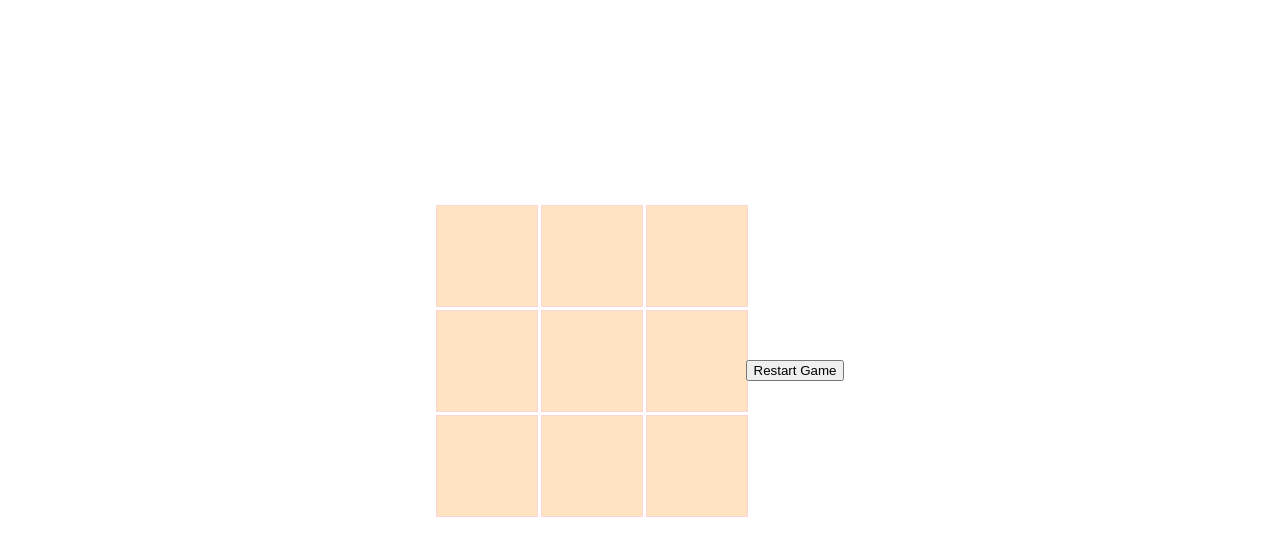
Repository: Suonii/Mo
Page: index.html
The author's editor kept a copy of each file at every save. The page is drawn from the files as they stood at one save, then again after the next save.
The browser window is 1280 px wide. The pictures show the whole page.

Above is the page before, as saved 2024-07-27 16:09:05.

### index.html
<!DOCTYPE html>
<html lang="en">

<Head>
    <meta charset="UTF-8">
    <meta name="viewport" content="width=device-width, initial-scale=1.0">
    <title>Tic-Tac-Toe</title>
    <link rel="stylesheet" href="style.css">
</Head>
<body>
    <div id="game-board">
        <div class="cell" data-index="0"></div>
        <div class="cell" data-index="1"></div>
        <div class="cell" data-index="2"></div>
        <div class="cell" data-index="3"></div>
        <div class="cell" data-index="4"></div>
        <div class="cell" data-index="5"></div>
        <div class="cell" data-index="6"></div>
        <div class="cell" data-index="7"></div>
        <div class="cell" data-index="8"></div>
    </div>
    <button id="restart-btn">Restart Game</button>
    <script src="script.js"></script>
</body>
</html>

### style.css
body {
    display: flex;
    justify-content: center;
    align-items: center;
    height:100vh;
    margin:0;
    font-family: Arial, Helvetica, sans-serif;
}

#game-board {
    display: grid;
    grid-template-columns: repeat(3, 100px);
    grid-template-rows: repeat(3, 100px);
    gap: 5px;
}

.cell {
    width: 100px;
    height:100px;
    background-color:bisque;
    display: flex;
    align-items: center;
    justify-content: center;
    font-size: 2em;
    cursor: pointer;
    border: 1px solid #fbd5d5;
}

.cell:hover {
    background-color:blanchedalmond;
}

#restart-btn {
    margin-top:20px;
}

### script.js
const cells = document.querySelectorAll('.cell');
const restartBtn = document.getElementById('restart-btn');
let currentPlayer = 'X';
let board = ['', '', '', '', '', '', '', '', ''];
let isGameActive = true;

function checkWinner() {
    const winPatterns = [
        [0, 1, 2],
        [3, 4, 5],
        [6, 7, 8],
        [0, 3, 6],
        [1, 4, 7],
        [2, 5, 8],
        [0, 4, 8],
        [2, 4, 6]
    ];

    for (const [a, b, c] of winPatterns) {
        if (board[a] && board[a] === board[b] && board[a] === board[c]) {
            return board[a];
        }
    }
    return board.includes('') ? null : 'T'; // T for Tie
}

function handleClick(e) {
    const index = e.target.getAttribute('data-index');
    if (board[index] || !isGameActive) return;

    board[index] = currentPlayer;
    e.target.textContent = currentPlayer;

    const winner = checkWinner();
    if (winner) {
        isGameActive = false;
        setTimeout(() => {
            if (winner === 'T') {
                alert("It's a tie!");
            } else {
                alert(`${winner} wins!`);
            }
        }, 100);
    } else {
        currentPlayer = currentPlayer === 'X' ? 'O' : 'X';
    }
}

function restartGame() {
    board = ['', '', '', '', '', '', '', '', ''];
    isGameActive = true;
    currentPlayer = 'X';
    cells.forEach(cell => cell.textContent = '');
}

cells.forEach(cell => cell.addEventListener('click', handleClick));
restartBtn.addEventListener('click', restartGame);

After the next save:
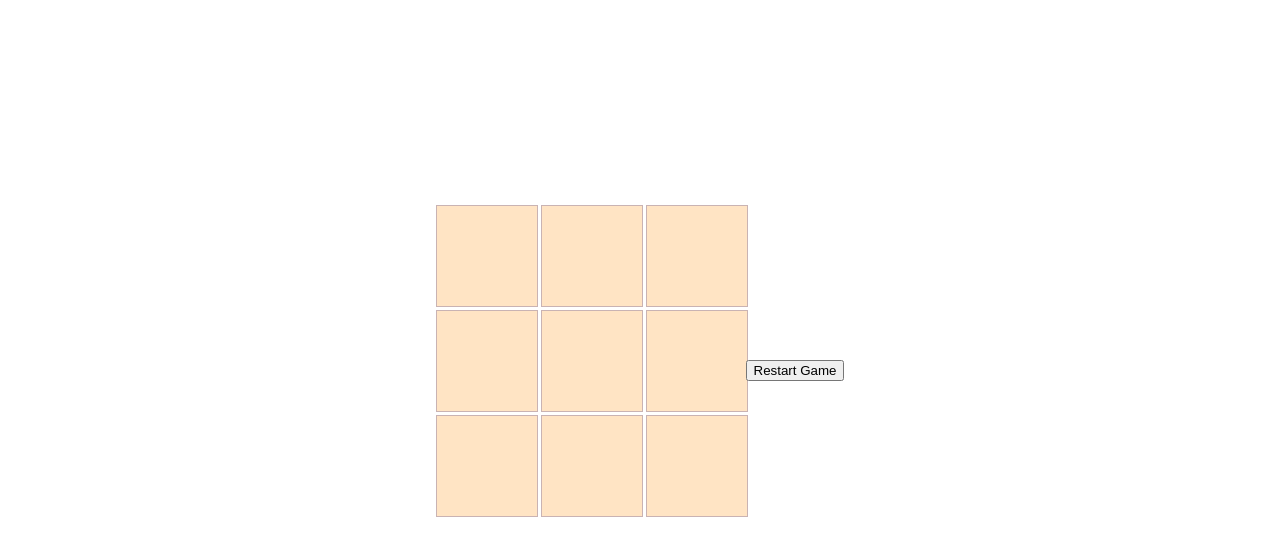
Saved 17 s later.
--- a/style.css
+++ b/style.css
@@ -23,7 +23,7 @@ body {
     justify-content: center;
     font-size: 2em;
     cursor: pointer;
-    border: 1px solid #fbd5d5;
+    border: 1px solid #c9b3b3;
 }
 
 .cell:hover {
